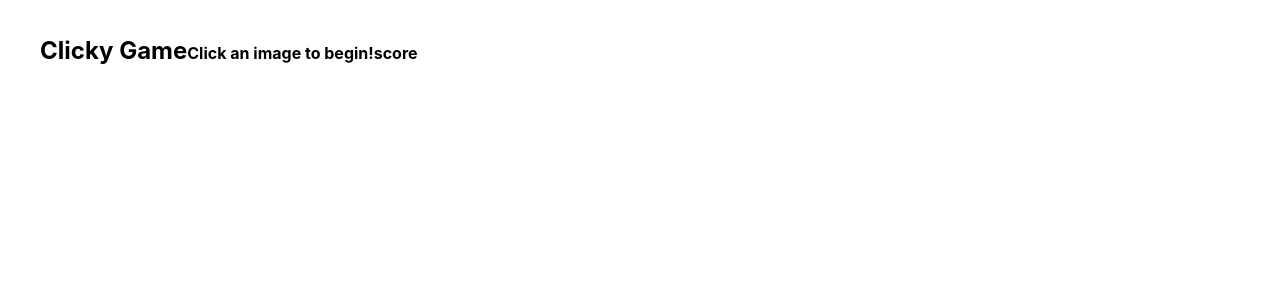
Repository: vivianuol/Clicky-game
Page: /
The author's editor kept a copy of each file at every save. The page is drawn from the files as they stood at one save, then again after the next save.
The browser window is 1280 px wide. The pictures show the whole page.
The project was rebuilt for these pictures with package versions that can differ from the ones it lists, and the page was loaded fresh each time.

Above is the page before, as saved 2019-01-12 10:07:45.

After the next save:
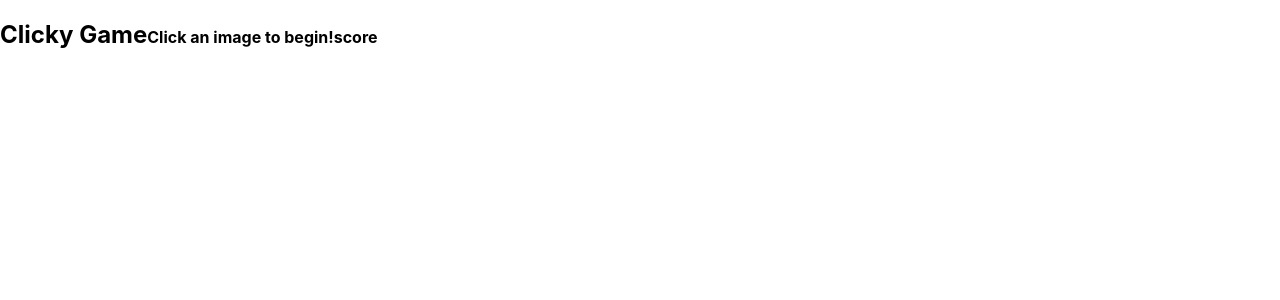
Saved 25 min 15 s later.
--- a/src/components/Header.js
+++ b/src/components/Header.js
@@ -8,11 +8,11 @@
     render() {
         return (
             <Navbar>
-                <Nav>
+
                     <h2>Clicky Game</h2>
                     <h4>Click an image to begin!</h4>
                     <h4>score</h4>
-                </Nav>
+
             </Navbar>
         );
     }
